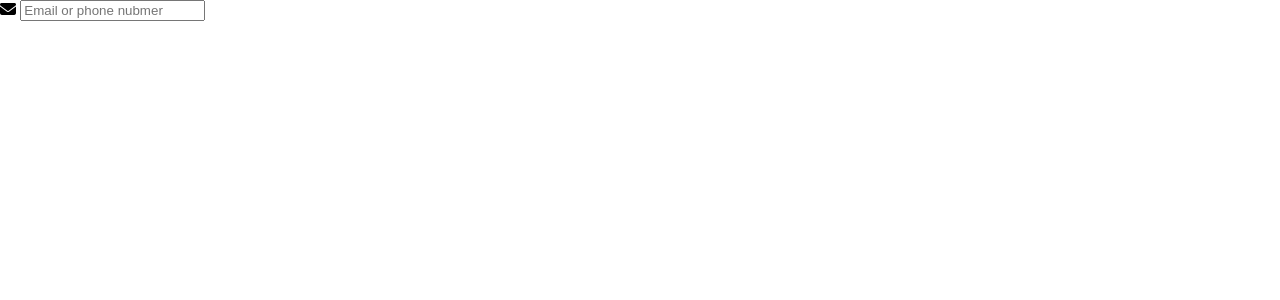
Repository: haphuocsang1801/github-group4
Page: login.html
An editor plug-in stored every save of this project. The page is shown before and after the next save, followed by the edit.
The browser window is 1280 px wide. The pictures show the whole page.
Some web libraries are served in a nearby version. The style sheet was rebuilt from its Sass, Less or Tailwind sources for each picture, by a compiler version that may differ from the author's.

Above is the page before, as saved 2021-09-17 18:35:57.

### login.html
<!DOCTYPE html>
<html lang="en">
  <head>
    <meta charset="UTF-8" />
    <meta http-equiv="X-UA-Compatible" content="IE=edge" />
    <meta name="viewport" content="width=device-width, initial-scale=1.0" />
    <link
      href="https://fonts.googleapis.com/css2?family=Poppins:wght@300;400;700&display=swap"
      rel="stylesheet"
    />
    <script
      src="https://kit.fontawesome.com/85150e2613.js"
      crossorigin="anonymous"
    ></script>
    <link rel="stylesheet" href="./css/reset.css" />
    <link rel="stylesheet" href="./css/style.css" />
    <title>Document</title>
  </head>
  <body>
    <div class="login">
      <div class="login-field">
        <i class="fa fa-envelope login-icon">
        </i>
        <input type="text" class="login-input" placeholder="Email or phone nubmer">
      </div>
    </div>
  </body>
</html>

### css/reset.css
/* http://meyerweb.com/eric/tools/css/reset/
   v2.0 | 20110126
   License: none (public domain)
*/
/*
<link rel="preconnect" href="https://fonts.googleapis.com">
<link rel="preconnect" href="https://fonts.gstatic.com" crossorigin>
<link href="https://fonts.googleapis.com/css2?family=Poppins:wght@300;400;700&display=swap" rel="stylesheet">
*/
html, body, div, span, applet, object, iframe,
h1, h2, h3, h4, h5, h6, p, blockquote, pre,
a, abbr, acronym, address, big, cite, code,
del, dfn, em, img, ins, kbd, q, s, samp,
small, strike, strong, sub, sup, tt, var,
b, u, i, center,
dl, dt, dd, ol, ul, li,
fieldset, form, label, legend,
table, caption, tbody, tfoot, thead, tr, th, td,
article, aside, canvas, details, embed,
figure, figcaption, footer, header, hgroup,
menu, nav, output, ruby, section, summary,
time, mark, audio, video {
	margin: 0;
	padding: 0;
	border: 0;
	font-size: 100%;
	font: inherit;
	vertical-align: baseline;
}
/* HTML5 display-role reset for older browsers */
article, aside, details, figcaption, figure,
footer, header, hgroup, menu, nav, section {
	display: block;
}
body {
	line-height: 1;
	font-family: 'Poppins', sans-serif;
}
ol, ul {
	list-style: none;
}
blockquote, q {
	quotes: none;
}
blockquote:before, blockquote:after,
q:before, q:after {
	content: '';
	content: none;
}
table {
	border-collapse: collapse;
	border-spacing: 0;
}

### scss/style.scss
@import "variable";
@import "base";
@import "header";
@import "footer";
@import "login";

### scss/_variable.scss
$gray-dark:#272E35;
$primary-color:#E2783C;
$background:#fcf9f6;
$background-input:#f3f4f4;

### scss/_base.scss
.wrapper{
    max-width: 1440px;
    margin: 0 auto;
}
 .container-login{
   background-color: $background;
   width: 300px;
   margin: 0 auto;
   margin-top: 200px;
 }

.button{
    transition: all 0.2s linear;
    display: inline-block;
    font-size: 16px;
    color: $gray-dark;
    padding: 20px 30px;
    border-radius: 10px;
    outline: none;
    cursor: pointer;
    background-color: transparent;
    line-height: normal;
    text-decoration: none;
    &--primary{
      color: white;
      background-color: $primary-color;
    }

}

### scss/_header.scss
.header {
  padding-top: 43px;
  display: flex;
  align-items: center;
  justify-content: space-between;
  &-logo {
    &-image {
      width: 235px;
    }
  }
  &-menu {
    display: flex;
    align-items: center;
    gap: 60px;
    &-product{
        display: flex;
        align-items: center;
        gap: 5px;
    }
    &-child{
        position: absolute;
        top:30px;
        width: 170px;
        display: flex;
        flex-direction: column;
        gap: 35px;
        background-color: $background;
        border-radius: 5px;
        padding: 20px 10px;
        opacity: 0;
        visibility: hidden;
        transition: all 0.25s;
    }
    &-item {
        position: relative;
      a {
        color: $gray-dark;
        text-decoration: none;
        &:hover {
          color: $primary-color;
          transition: color 0.2s ease-in-out;
        }
      }
    }
  }
  &-cart{
      font-size: 35px;
      cursor: pointer;
      :hover{
          color: $primary-color;
      }
  }
  &-search {
    padding: 10px;
    background-color: #f3f4f4;
    border-radius: 8px;
    display: flex;
    margin-right: -20px;
    transition: all 0.25s linear;
    &:hover {
      background-color: white;
      -webkit-box-shadow: 0px 0px 25px 0px rgba(226, 120, 60, 0.8);
      -moz-box-shadow: 0px 0px 25px 0px rgba(226, 120, 60, 0.8);
      box-shadow: 0px 0px 25px 0px rgba(226, 120, 60, 0.8);
    }
    &-icon {
      font-size: 30px;
      cursor: pointer;
    }
    input {
      width: 120px;
      font-size: 15px;
      width: inherit;
      padding: 10px 0;
      border: 0;
      border-radius: #f3f4f4;
      background-color: inherit;
      outline: none;
    }
  }
}
.hover:hover .header-menu-child{
    opacity: 1;
    visibility: visible;

}

### scss/_footer.scss
.footer {
  margin-top: 500px;
  padding: 40px 40px;
  background-color: $background;
  &-main {
    display: grid;
    grid-template-columns: repeat(2, 1fr);
    gap: 50px;
  }
  &-logo {
    display: inline-block;
    margin-bottom: 50px;
  }
  &-desc {
    font-size: 16px;
    margin-bottom: 40px;
    line-height: 1.5;
  }
  .social {
    display: flex;
    align-items: center;
    gap: 0 30px;
  }
  .social-item {
    cursor: pointer;
    color: $gray-dark;
    &:hover {
      color: $primary-color;
    }
  }
  &-heading {
    font-size: 18px;
    color: $gray-dark;
    margin-bottom: 40px;
    font-weight: bold;
  }
  &-links {
    list-style: none;
  }
  &-item {
    margin-bottom: 30px;
  }
  &-link {
    display: inline-block;
    color: $gray-dark;
  }
  &-info {
    list-style: none;
    margin-bottom: 40px;
  }
  &-info li {
    margin-bottom: 15px;
    line-height: 1.6;
  }
  &-highlight {
    color: white;
  }
  &-bottom {
    background-color: $gray-dark;
    line-height: 1.6;
  }
  &-bottom a {
    text-decoration: inherit;
    color: white;
  }
}

Loaded but not shown: scss/_login.scss (no stored copy; drawn as an empty file)

After the next save:
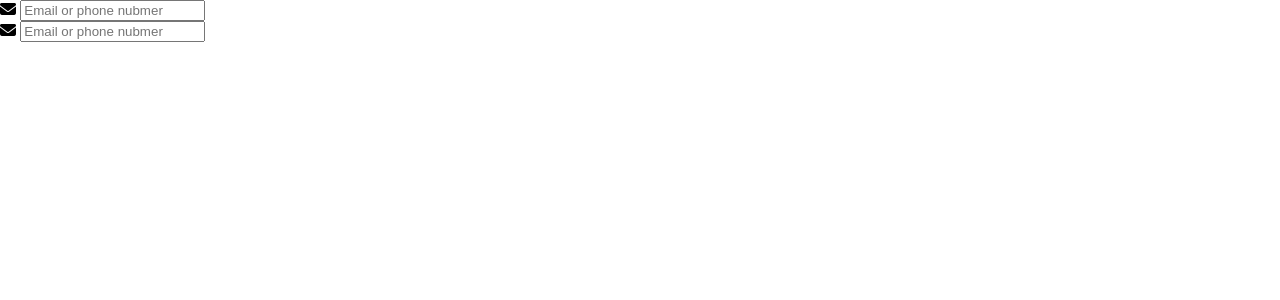
Saved 11 s later.
--- a/login.html
+++ b/login.html
@@ -23,6 +23,11 @@
         </i>
         <input type="text" class="login-input" placeholder="Email or phone nubmer">
       </div>
+      <div class="login-field">
+        <i class="fa fa-envelope login-icon">
+        </i>
+        <input type="text" class="login-input" placeholder="Email or phone nubmer">
+      </div>
     </div>
   </body>
 </html>
